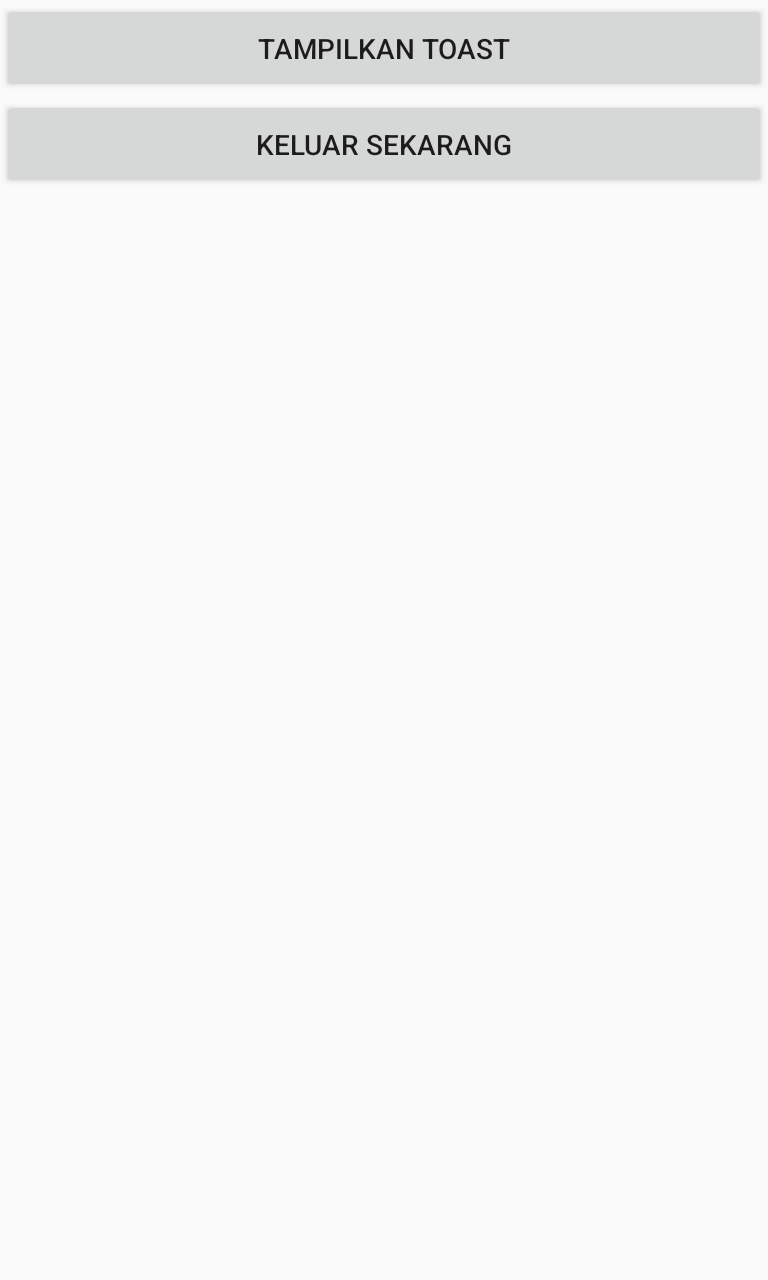
Repository: fitrahyusuf/FITRAH
Layout: MembuatAlerDialog/res/layout/main.xml
These files come from the project's save history. The layout is drawn as it stood at one moment and after the next save; the edit follows.
It is drawn on a 768 x 1280 px phone screen (xhdpi) without system bars, with theme AppTheme; the app's code is not run.

Above is the layout before, as saved 2015-05-06 07:12:13.

### MembuatAlerDialog/res/layout/main.xml
<?xml version="1.0" encoding="utf-8"?>
<LinearLayout xmlns:android="http://schemas.android.com/apk/res/android"
    android:layout_width="fill_parent"
    android:layout_height="fill_parent"
    android:orientation="vertical" >

    <Button
        android:id="@+id/toast"
        android:layout_width="fill_parent"
        android:layout_height="wrap_content"
        android:text="Tampilkan Toast" >
    </Button>

    <Button
        android:id="@+id/exit"
        android:layout_width="fill_parent"
        android:layout_height="wrap_content"
        android:text="Keluar sekarang" >
    </Button>

</LinearLayout>

Loaded but not shown: MembuatAlerDialog/res/values/styles.xml (common file); MembuatAlerDialog/res/values-v11/styles.xml (common file); MembuatAlerDialog/res/values-v14/styles.xml (common file)

After the next save:
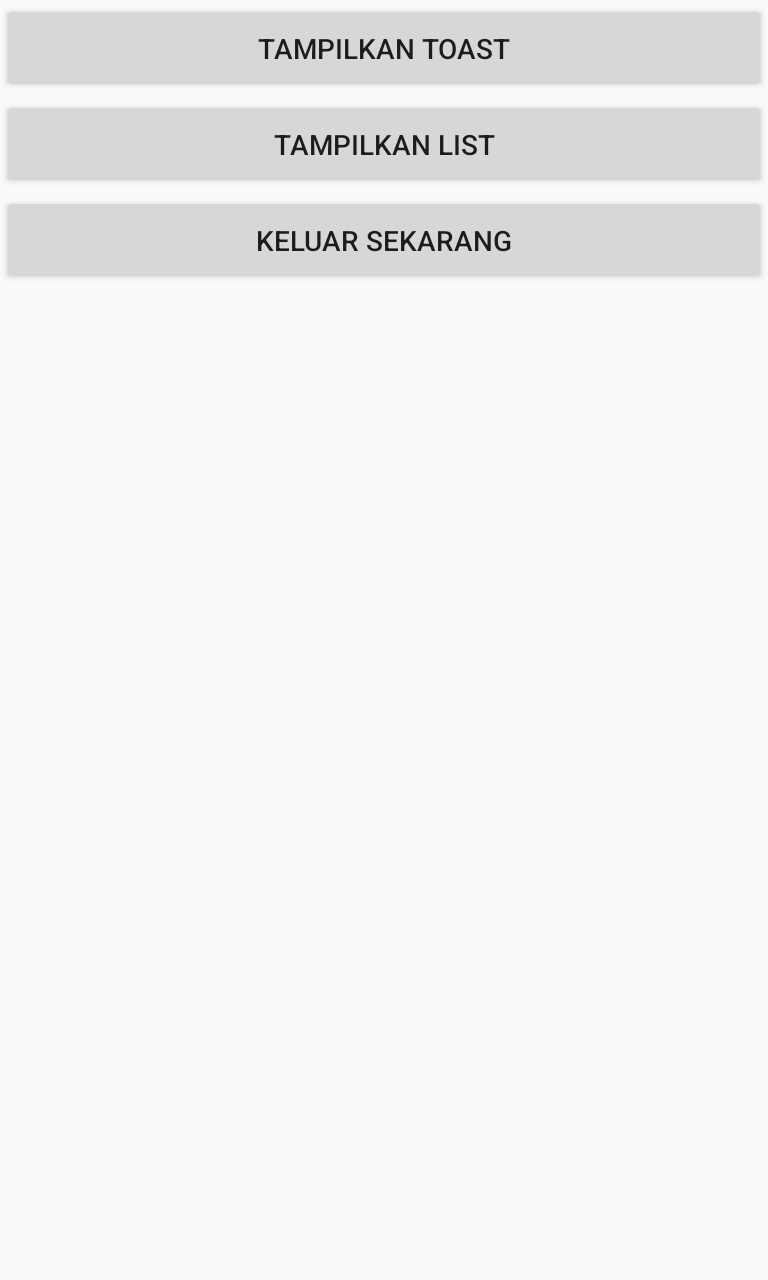
Saved 13 min 35 s later.
--- a/MembuatAlerDialog/res/layout/main.xml
+++ b/MembuatAlerDialog/res/layout/main.xml
@@ -12,10 +12,17 @@
     </Button>
 
     <Button
+        android:layout_width="fill_parent"
+        android:layout_height="wrap_content"
+        android:text="Tampilkan List"
+        android:id="@+id/listDialog">
+    </Button>
+    <Button
         android:id="@+id/exit"
         android:layout_width="fill_parent"
         android:layout_height="wrap_content"
         android:text="Keluar sekarang" >
     </Button>
 
+
 </LinearLayout>
